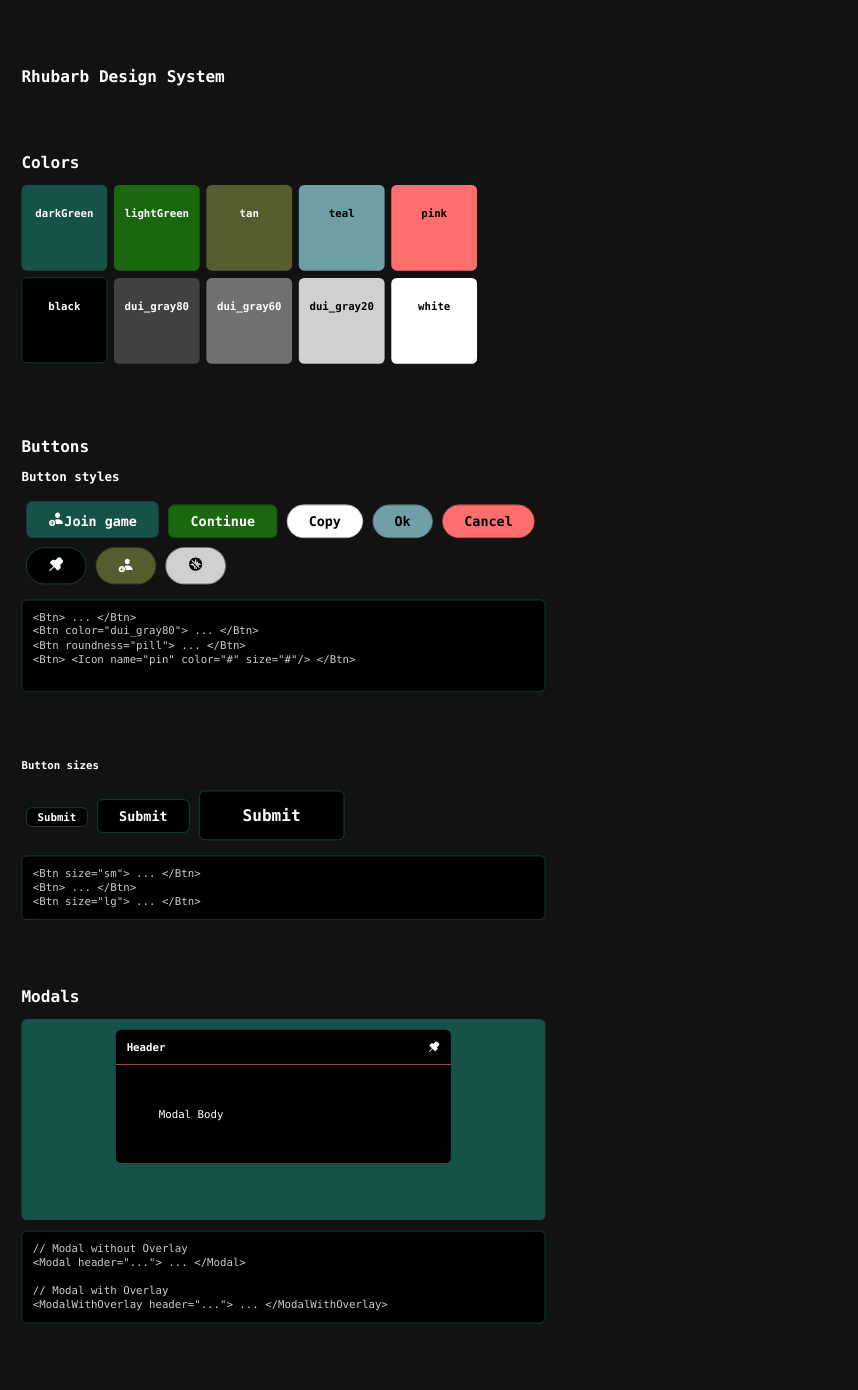
Repository: kttalley/designing-with-data_react-class
Page: / (app in lesson6_design-system-component-extension/)
The author's editor kept a copy of each file at every save. The page is drawn from the files as they stood at one save, then again after the next save.
The browser window is 1280 px wide. The pictures show the whole page, at 67% of full size.
The project was rebuilt for these pictures with package versions that can differ from the ones it lists, and the page was loaded fresh each time. Imported but missing from the stored project, and not drawn on this page: lesson6_design-system-component-extension/src/Rhubarb/Input.

Above is the page before, as saved 2023-09-01 13:11:49.

After the next save:
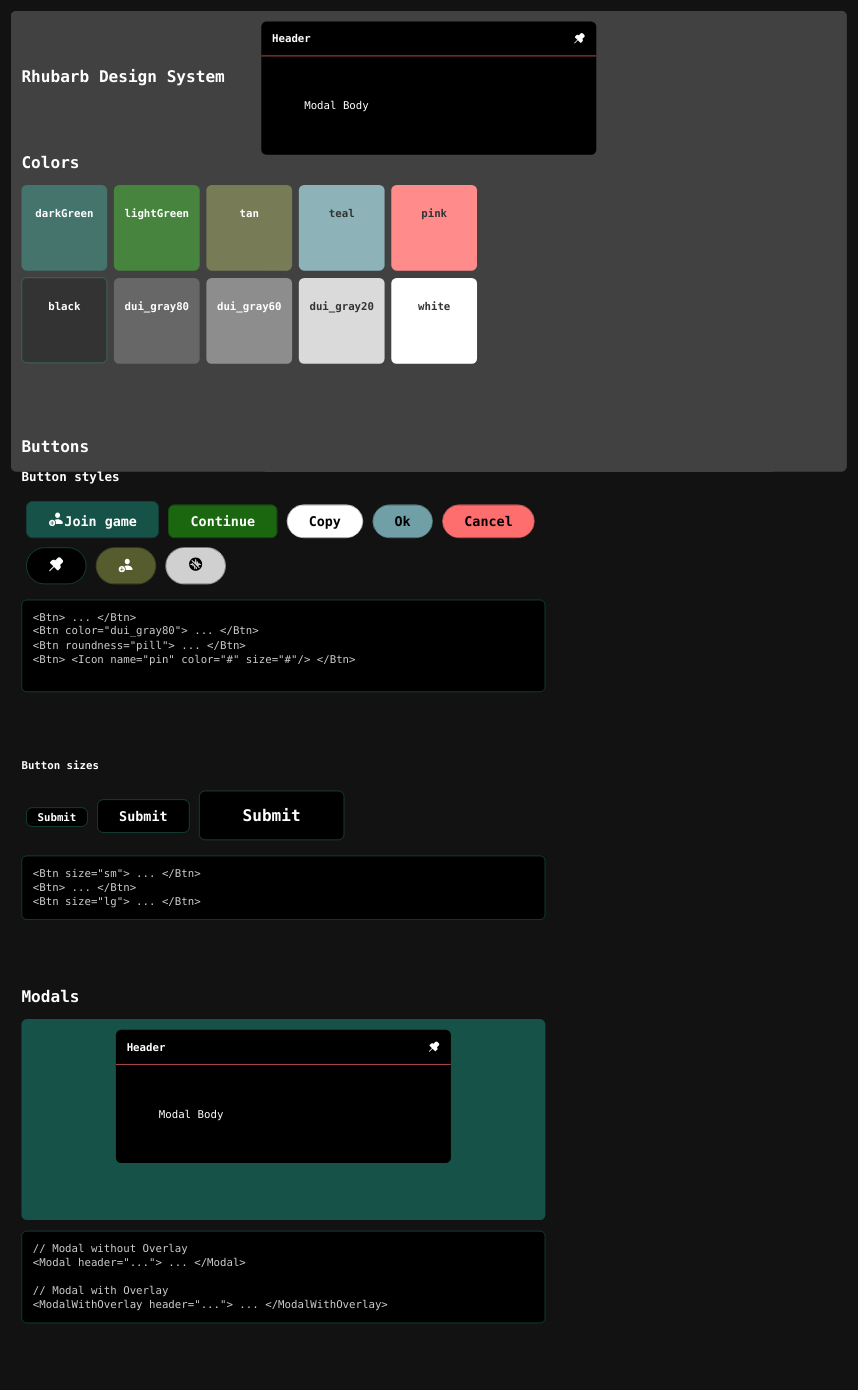
Saved 45 s later.
--- a/lesson6_design-system-component-extension/src/App.js
+++ b/lesson6_design-system-component-extension/src/App.js
@@ -8,6 +8,7 @@
   Modal,
   fontSize,
   color,
+  ModalWithOverlay,
 } from './Rhubarb';
 
 class App extends Component {
@@ -82,6 +83,9 @@
             <Modal header="Header">
               Modal Body
             </Modal>
+            <ModalWithOverlay header="Header">
+              Modal Body
+            </ModalWithOverlay>
          </DocsModalContainer>
          <DocsCodeBlock>
             {` // Modal without Overlay

After the 2 saves that followed:
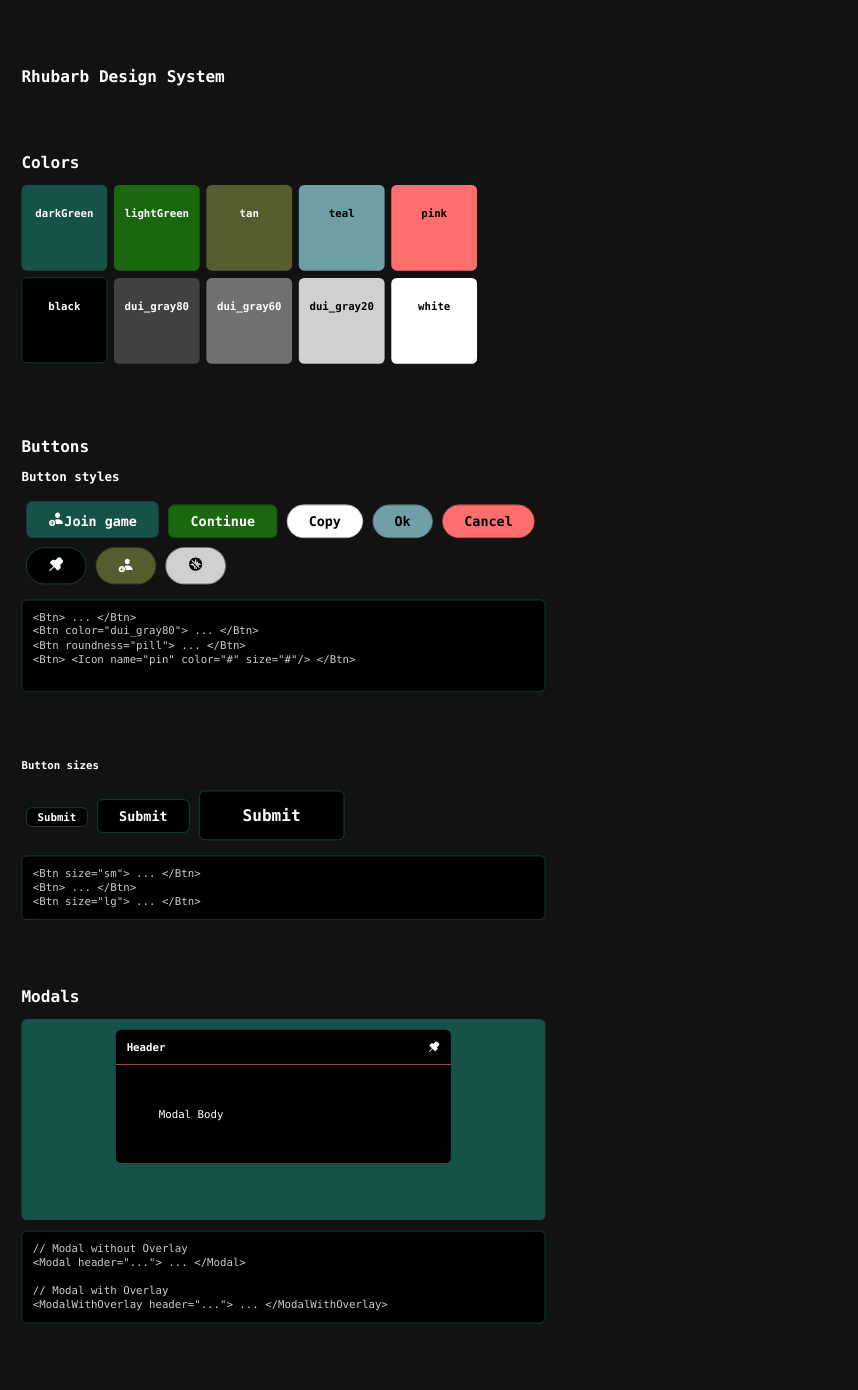
The 2 saves are shown as one change because they came seconds apart.
The last was saved 23 s later.
--- a/lesson6_design-system-component-extension/src/App.js
+++ b/lesson6_design-system-component-extension/src/App.js
@@ -8,7 +8,6 @@
   Modal,
   fontSize,
   color,
-  ModalWithOverlay,
 } from './Rhubarb';
 
 class App extends Component {
@@ -83,9 +82,7 @@
             <Modal header="Header">
               Modal Body
             </Modal>
-            <ModalWithOverlay header="Header">
-              Modal Body
-            </ModalWithOverlay>
+
          </DocsModalContainer>
          <DocsCodeBlock>
             {` // Modal without Overlay
